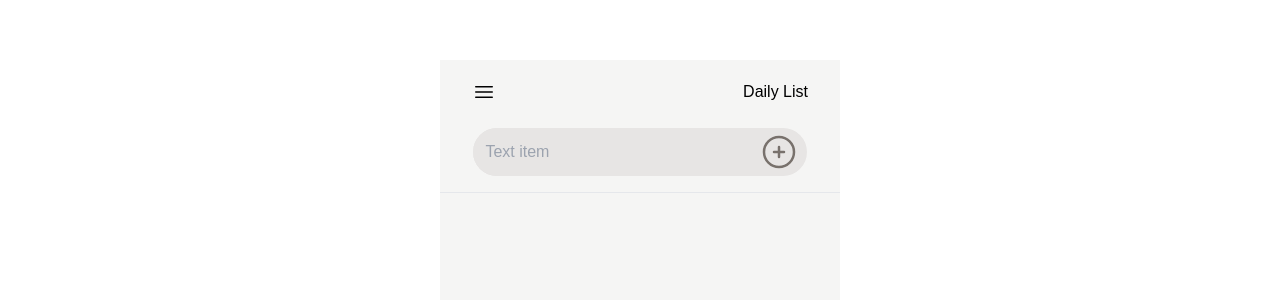
Repository: hsumyatm7308/TodolistbyPHP
Page: http://localhost/editpage.php
These files come from the project's save history. The page is drawn as it stood at one moment and after the next save; the edit follows.
The browser window is 1280 px wide. The pictures show the whole page.
Some web libraries are served in a nearby version. The page is run by PHP 8.4 with error messages shown; the project is at /var/www/html/.

Above is the page before, as saved 2023-07-11 22:47:47.

### editpage.php
<!DOCTYPE html>
<html lang="en">

<head>
    <meta charset="UTF-8">
    <meta name="viewport" content="width=device-width, initial-scale=1.0">
    <title>To Do List</title>
    <link rel="stylesheet" href="https://cdnjs.cloudflare.com/ajax/libs/font-awesome/6.4.0/css/all.min.css">
    <script src="https://cdn.tailwindcss.com"></script>

    <style>
        * {
            font-family: sans-serif;
        }

        .scrollbar-hide::-webkit-scrollbar {
            display: none;
        }
    </style>

</head>

<body>
    <div class="w-screen h-screen container flex justify-center items-center">
        <div class="w-[400px] h-[600px] bg-stone-100">
            <!-- header nav  -->
            <div class="w-full h-14 flex justify-between items-center p-8">
                <div>
                    <svg xmlns="http://www.w3.org/2000/svg" fill="none" viewBox="0 0 24 24" stroke-width="1.5"
                        stroke="currentColor" class="w-6 h-6">
                        <path stroke-linecap="round" stroke-linejoin="round"
                            d="M3.75 6.75h16.5M3.75 12h16.5m-16.5 5.25h16.5" />
                    </svg>

                </div>
                <div>
                    <h4> Daily List</h4>
                </div>
            </div>




            <form action="" method="post" enctype="multipart/form-data" id="todoForm">

                <div class="w-full h-auto flex justify-center items-center p-1">
                    <div class="w-[85%] h-auto bg-stone-200 flex justify-between items-center rounded-3xl">
                        <input type="text" name="textbox"
                            class="w-[85%] bg-stone-200 rounded-tl-3xl rounded-bl-3xl p-3 focus:outline-none"
                            placeholder="Text item">


                        <button type="submit" name="submit" id="submitBtn">
                            <svg xmlns="http://www.w3.org/2000/svg" fill="none" viewBox="0 0 24 24" stroke-width="1.5"
                                stroke="currentColor" class="w-10 h-10 mr-2 text-stone-500 hover:text-stone-600">
                                <path stroke-linecap="round" stroke-linejoin="round"
                                    d="M12 9v6m3-3H9m12 0a9 9 0 11-18 0 9 9 0 0118 0z" />
                            </svg>
                        </button>

                    </div>
                </div>
                <hr class="mt-3">



            </form>




            <div class="w-full h-[500px] overflow-y-scroll scrollbar-hide">
                <?php

                require_once("edittodo.php");

                ?>

            </div>







        </div>
    </div>










</body>

</html>

### edittodo.php
<?php
ini_set('display_errors', 1);
require_once("database.php");

if (isset($_POST['edit-task'])) {
    $editid = $_POST['edit-task'];

    try {
        $stmt = $conn->prepare("SELECT id, task FROM todolist WHERE id = :editid");
        $stmt->bindParam(":editid", $editid);
        $stmt->execute();
    } catch (Exception $e) {
        echo "Found Error: " . $e->getMessage();
    }

    while ($row = $stmt->fetch()) {
        echo $row['id'] . " - " . $row['task']; // Display the fetched data as per your requirement
    }
}
?>

### database.php
<?php

$dbhost = 'localhost';
$dbuser = 'root';
$dbpass = '';
$dbname = 'hmmdb';


try{

    $conn = new PDO("mysql:host=$dbhost;dbname=$dbname", $dbuser, $dbpass);
    $conn->setAttribute(PDO::ATTR_ERRMODE, PDO::ERRMODE_EXCEPTION);

    // echo "Connection successful";


}catch(Exception $e){
    "Error Found:".$e->getMessage();
}




?>

After the next save:
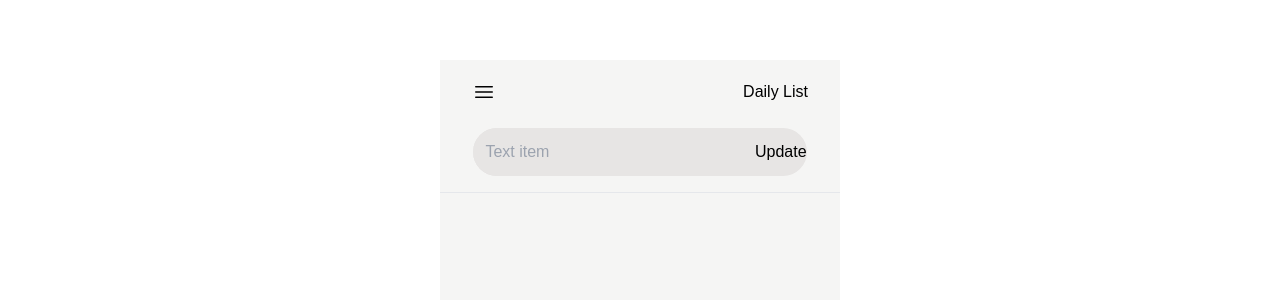
Saved 72 s later.
--- a/editpage.php
+++ b/editpage.php
@@ -51,11 +51,7 @@
 
 
                         <button type="submit" name="submit" id="submitBtn">
-                            <svg xmlns="http://www.w3.org/2000/svg" fill="none" viewBox="0 0 24 24" stroke-width="1.5"
-                                stroke="currentColor" class="w-10 h-10 mr-2 text-stone-500 hover:text-stone-600">
-                                <path stroke-linecap="round" stroke-linejoin="round"
-                                    d="M12 9v6m3-3H9m12 0a9 9 0 11-18 0 9 9 0 0118 0z" />
-                            </svg>
+                             <span>Update</span>
                         </button>
 
                     </div>
